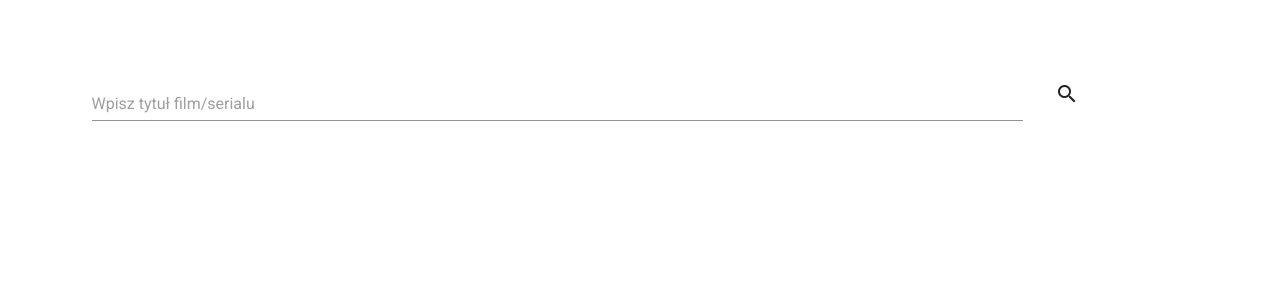
Repository: kq333/wyszukiwarka-filmow-seriali
Page: / (app in searchapp/)
The author's editor kept a copy of each file at every save. The page is drawn from the files as they stood at one save, then again after the next save.
The browser window is 1280 px wide. The pictures show the whole page.
The project was rebuilt for these pictures with package versions that can differ from the ones it lists, and the page was loaded fresh each time. Also part of the build but not shown: searchapp/vue.config.js, searchapp/src/views/Home.vue.

Above is the page before, as saved 2021-02-18 14:28:07.

After the next save:
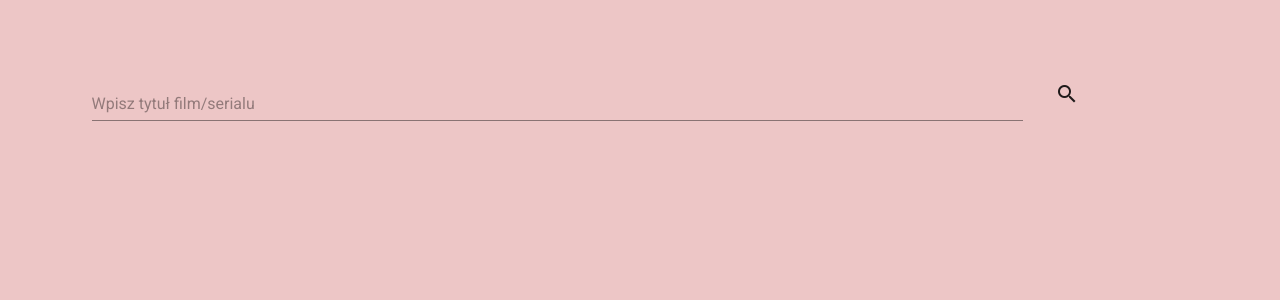
Saved 10 s later.
--- a/searchapp/src/App.vue
+++ b/searchapp/src/App.vue
@@ -27,7 +27,7 @@ export default {
 <style >
 
 #demo1{
-  background-image:rgba(201, 89, 89, 0.342);
+  background:rgba(201, 89, 89, 0.342);
 }
 
 </style>
